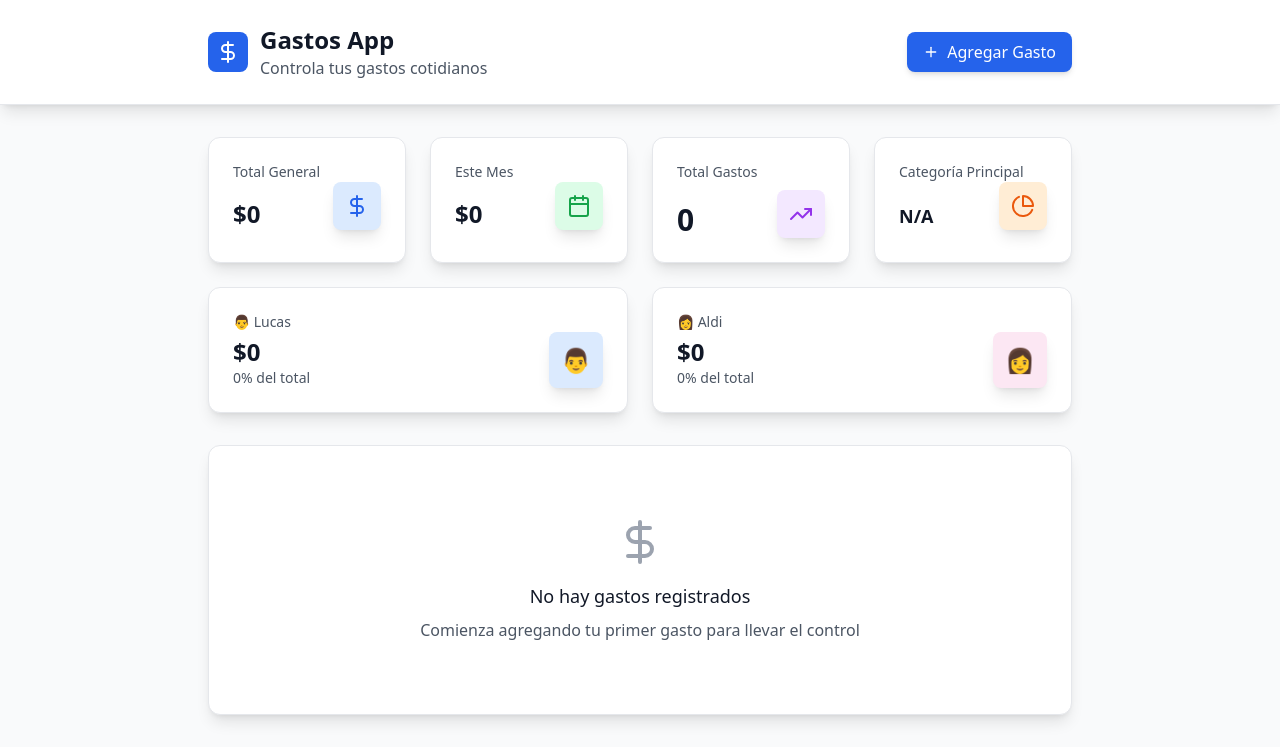
Repository: lucastenaglia/Gastosapp
Page: /
An editor plug-in stored every save of this project. The page is shown before and after the next save, followed by the edit.
The browser window is 1280 px wide. The pictures show the whole page.
The page's requests for data from a server got no answer. The project was rebuilt for these pictures with package versions that can differ from the ones it lists, and the page was loaded fresh each time. No one was signed in, and anything a server would have sent is missing. Also part of the build but not shown: vite.config.js, src/components/ExpenseForm.jsx.

Above is the page before, as saved 2025-08-03 21:39:27.

### index.html
<!DOCTYPE html>
<html lang="es">
  <head>
    <meta charset="UTF-8" />
    <link rel="icon" type="image/svg+xml" href="data:[embedded picture, 125 characters]" />
    <meta name="viewport" content="width=device-width, initial-scale=1.0" />
    <title>Gastos App - Control de Gastos Cotidianos</title>
  </head>
  <body>
    <div id="root"></div>
    <script type="module" src="/src/main.jsx"></script>
  </body>
</html>

### src/App.jsx
import { useState, useEffect } from 'react'
import Header from './components/Header'
import ExpenseForm from './components/ExpenseForm'
import ExpenseList from './components/ExpenseList'
import ExpenseSummary from './components/ExpenseSummary'
import { getExpenses, addExpense, updateExpense, deleteExpense } from './services/expenseService'

function App() {
  const [expenses, setExpenses] = useState([])
  const [isFormOpen, setIsFormOpen] = useState(false)
  const [loading, setLoading] = useState(true)
  const [error, setError] = useState(null)

  // Cargar gastos al iniciar la aplicación
  useEffect(() => {
    loadExpenses()
  }, [])

  // Cerrar modal con Escape
  useEffect(() => {
    const handleEscape = (e) => {
      if (e.key === 'Escape' && isFormOpen) {
        setIsFormOpen(false)
      }
    }

    document.addEventListener('keydown', handleEscape)
    return () => document.removeEventListener('keydown', handleEscape)
  }, [isFormOpen])

  const loadExpenses = async () => {
    try {
      setLoading(true)
      const data = await getExpenses()
      setExpenses(data)
      setError(null)
    } catch (err) {
      setError('Error al cargar los gastos')
      console.error(err)
    } finally {
      setLoading(false)
    }
  }

  const handleAddExpense = async (expense) => {
    try {
      const newExpense = await addExpense(expense)
      setExpenses([newExpense, ...expenses])
      setIsFormOpen(false)
    } catch (err) {
      setError('Error al agregar el gasto')
      console.error(err)
    }
  }

  const handleDeleteExpense = async (id) => {
    try {
      await deleteExpense(id)
      setExpenses(expenses.filter(expense => expense.id !== id))
    } catch (err) {
      setError('Error al eliminar el gasto')
      console.error(err)
    }
  }

  const handleEditExpense = async (id, updatedExpense) => {
    try {
      const updated = await updateExpense(id, updatedExpense)
      setExpenses(expenses.map(expense =>
        expense.id === id ? updated : expense
      ))
    } catch (err) {
      setError('Error al actualizar el gasto')
      console.error(err)
    }
  }

  return (
    <div className="min-h-screen bg-gray-50">
      <Header onAddExpense={() => setIsFormOpen(true)} />

      <main className="container mx-auto px-4 py-8 max-w-4xl">
        {error && (
          <div className="bg-red-100 border border-red-400 text-red-700 px-4 py-3 rounded mb-6">
            {error}
          </div>
        )}

        <ExpenseSummary expenses={expenses} />

        <div className="mt-8">
          <ExpenseList
            expenses={expenses}
            onDelete={handleDeleteExpense}
            onEdit={handleEditExpense}
            loading={loading}
          />
        </div>
      </main>

      {/* Modal Overlay */}
      {isFormOpen && (
        <div
          className="fixed inset-0 bg-black bg-opacity-50 flex items-center justify-center z-50 p-4 animate-in fade-in duration-200"
          onClick={() => setIsFormOpen(false)}
        >
          <div
            className="bg-white rounded-xl shadow-2xl max-w-md w-full mx-4 max-h-[90vh] overflow-y-auto animate-in zoom-in-95 duration-200"
            onClick={(e) => e.stopPropagation()}
          >
            <ExpenseForm
              onSubmit={handleAddExpense}
              onCancel={() => setIsFormOpen(false)}
            />
          </div>
        </div>
      )}
    </div>
  )
}

export default App

### src/index.css
@tailwind base;
@tailwind components;
@tailwind utilities;

@layer base {
  body {
    @apply bg-gray-50 text-gray-900;
  }
}

@layer components {
                .btn-primary {
                @apply bg-primary-600 hover:bg-primary-700 text-white font-medium py-2 px-4 rounded-lg transition-all duration-300 shadow-md hover:shadow-lg hover:-translate-y-0.5 transform;
              }

              .btn-secondary {
                @apply bg-gray-200 hover:bg-gray-300 text-gray-800 font-medium py-2 px-4 rounded-lg transition-all duration-300 shadow-md hover:shadow-lg hover:-translate-y-0.5 transform;
              }

                .input-field {
                @apply w-full px-3 py-2 border border-gray-300 rounded-lg focus:outline-none focus:ring-2 focus:ring-primary-500 focus:border-transparent shadow-sm focus:shadow-md transition-all duration-300;
              }

                            .card {
                @apply bg-white rounded-xl shadow-lg border border-gray-200 p-6 transform transition-all duration-300 hover:shadow-2xl hover:-translate-y-1;
              }

              .modal-enter {
                @apply opacity-0 scale-95;
              }

              .modal-enter-active {
                @apply opacity-100 scale-100 transition-all duration-200 ease-out;
              }

              .modal-exit {
                @apply opacity-100 scale-100;
              }

              .modal-exit-active {
                @apply opacity-0 scale-95 transition-all duration-200 ease-in;
              }
}

### src/components/Header.jsx
import { Plus, DollarSign } from 'lucide-react'

const Header = ({ onAddExpense }) => {
  return (
                    <header className="bg-white shadow-lg border-b border-gray-200">
      <div className="container mx-auto px-4 py-6 max-w-4xl">
        <div className="flex items-center justify-between">
          <div className="flex items-center space-x-3">
            <div className="bg-primary-600 p-2 rounded-lg">
              <DollarSign className="h-6 w-6 text-white" />
            </div>
            <div>
              <h1 className="text-2xl font-bold text-gray-900">Gastos App</h1>
              <p className="text-gray-600">Controla tus gastos cotidianos</p>
            </div>
          </div>

          <button
            onClick={onAddExpense}
            className="btn-primary flex items-center space-x-2"
          >
            <Plus className="h-4 w-4" />
            <span>Agregar Gasto</span>
          </button>
        </div>
      </div>
    </header>
  )
}

export default Header

### src/components/ExpenseList.jsx
import { useState } from 'react'
import { Trash2, Edit, Calendar, DollarSign } from 'lucide-react'

const ExpenseList = ({ expenses, onDelete, onEdit, loading }) => {
  const [editingId, setEditingId] = useState(null)
  const [editForm, setEditForm] = useState({})

  const categoryIcons = {
    comida: '🍽️',
    super: '🛒',
    auto: '🚗',
    entretenimiento: '🎮',
    salud: '💊',
    ropa: '👕',
    hogar: '🏠',
    otros: '📦'
  }

  const categoryColors = {
    comida: 'bg-orange-100 text-orange-800',
    super: 'bg-red-100 text-red-800',
    auto: 'bg-blue-100 text-blue-800',
    entretenimiento: 'bg-purple-100 text-purple-800',
    salud: 'bg-green-100 text-green-800',
    ropa: 'bg-pink-100 text-pink-800',
    hogar: 'bg-yellow-100 text-yellow-800',
    otros: 'bg-gray-100 text-gray-800'
  }

  const handleEdit = (expense) => {
    setEditingId(expense.id)
    setEditForm({
      description: expense.description,
      amount: expense.amount.toString(),
      category: expense.category,
      person: expense.person || 'lucas',
      date: expense.date
    })
  }

  const handleSaveEdit = (id) => {
    onEdit(id, {
      ...editForm,
      amount: parseFloat(editForm.amount)
    })
    setEditingId(null)
    setEditForm({})
  }

  const handleCancelEdit = () => {
    setEditingId(null)
    setEditForm({})
  }

  const formatDate = (dateString) => {
    const date = new Date(dateString)
    return date.toLocaleDateString('es-ES', {
      year: 'numeric',
      month: 'short',
      day: 'numeric'
    })
  }

  if (loading) {
    return (
      <div className="card">
        <div className="text-center py-12">
          <div className="animate-spin rounded-full h-12 w-12 border-b-2 border-primary-600 mx-auto mb-4"></div>
          <h3 className="text-lg font-medium text-gray-900 mb-2">
            Cargando gastos...
          </h3>
          <p className="text-gray-600">
            Conectando con la base de datos
          </p>
        </div>
      </div>
    )
  }

  if (expenses.length === 0) {
    return (
      <div className="card">
        <div className="text-center py-12">
          <DollarSign className="h-12 w-12 text-gray-400 mx-auto mb-4" />
          <h3 className="text-lg font-medium text-gray-900 mb-2">
            No hay gastos registrados
          </h3>
          <p className="text-gray-600">
            Comienza agregando tu primer gasto para llevar el control
          </p>
        </div>
      </div>
    )
  }

  return (
    <div className="card">
      <h2 className="text-xl font-semibold text-gray-900 mb-6">
        Historial de Gastos
      </h2>

      <div className="space-y-3">
        {expenses.map(expense => (
          <div key={expense.id} className="border border-gray-200 rounded-lg p-3 sm:p-4 bg-white shadow-md hover:shadow-xl hover:-translate-y-1 transform transition-all duration-300">
            {editingId === expense.id ? (
              <div className="space-y-3">
                <input
                  type="text"
                  value={editForm.description}
                  onChange={(e) => setEditForm({...editForm, description: e.target.value})}
                  className="input-field"
                />
                <div className="grid grid-cols-1 sm:grid-cols-2 gap-3">
                  <input
                    type="number"
                    value={editForm.amount}
                    onChange={(e) => setEditForm({...editForm, amount: e.target.value})}
                    className="input-field"
                    step="1"
                    min="0"
                  />
                  <select
                    value={editForm.category}
                    onChange={(e) => setEditForm({...editForm, category: e.target.value})}
                    className="input-field"
                  >
                    <option value="comida">🍽️ Comida</option>
                    <option value="super">🛒 Super</option>
                    <option value="auto">🚗 Auto</option>
                    <option value="entretenimiento">🎮 Entretenimiento</option>
                    <option value="salud">💊 Salud</option>
                    <option value="ropa">👕 Ropa</option>
                    <option value="hogar">🏠 Hogar</option>
                    <option value="otros">📦 Otros</option>
                  </select>
                </div>
                <div className="grid grid-cols-1 sm:grid-cols-2 gap-3">
                  <select
                    value={editForm.person}
                    onChange={(e) => setEditForm({...editForm, person: e.target.value})}
                    className="input-field"
                  >
                    <option value="lucas">👨 Lucas</option>
                    <option value="aldi">👩 Aldi</option>
                  </select>
                  <input
                    type="date"
                    value={editForm.date}
                    onChange={(e) => setEditForm({...editForm, date: e.target.value})}
                    className="input-field"
                  />
                </div>
                <div className="flex space-x-2">
                  <button
                    onClick={() => handleSaveEdit(expense.id)}
                    className="btn-primary text-sm flex-1"
                  >
                    Guardar
                  </button>
                  <button
                    onClick={handleCancelEdit}
                    className="btn-secondary text-sm flex-1"
                  >
                    Cancelar
                  </button>
                </div>
              </div>
            ) : (
              <div className="space-y-3">
                {/* Header con icono, descripción y monto */}
                <div className="flex items-start justify-between">
                  <div className="flex items-center space-x-3 flex-1 min-w-0">
                    <div className={`p-2 rounded-lg flex-shrink-0 ${categoryColors[expense.category]}`}>
                      <span className="text-lg">{categoryIcons[expense.category]}</span>
                    </div>

                    <div className="flex-1 min-w-0">
                      <h3 className="font-medium text-gray-900 truncate">
                        {expense.description}
                      </h3>
                      <div className="flex items-center space-x-2 text-sm text-gray-600 mt-1">
                        <span className="flex items-center space-x-1">
                          <Calendar className="h-3 w-3" />
                          <span className="hidden sm:inline">{formatDate(expense.date)}</span>
                          <span className="sm:hidden">{new Date(expense.date).toLocaleDateString('es-ES', { day: '2-digit', month: '2-digit' })}</span>
                        </span>
                        <span className="hidden sm:inline">•</span>
                        <span className="capitalize text-xs sm:text-sm">{expense.category}</span>
                      </div>
                    </div>
                  </div>

                  <div className="flex items-center space-x-2 flex-shrink-0">
                    <span className="text-lg font-semibold text-gray-900">
                      ${expense.amount}
                    </span>

                    <div className="flex space-x-1">
                      <button
                        onClick={() => handleEdit(expense)}
                        className="p-1 text-gray-400 hover:text-blue-600 transition-colors"
                        title="Editar"
                      >
                        <Edit className="h-4 w-4" />
                      </button>
                      <button
                        onClick={() => onDelete(expense.id)}
                        className="p-1 text-gray-400 hover:text-red-600 transition-colors"
                        title="Eliminar"
                      >
                        <Trash2 className="h-4 w-4" />
                      </button>
                    </div>
                  </div>
                </div>

                {/* Información adicional en móvil */}
                <div className="sm:hidden flex items-center justify-between text-sm text-gray-600 border-t pt-2">
                  <span className="flex items-center space-x-1">
                    <span>{expense.person === 'lucas' ? '👨' : '👩'}</span>
                    <span className="capitalize">{expense.person || 'lucas'}</span>
                  </span>
                  <span className="text-xs">
                    {new Date(expense.date).toLocaleDateString('es-ES', { year: 'numeric' })}
                  </span>
                </div>
              </div>
            )}
          </div>
        ))}
      </div>
    </div>
  )
}

export default ExpenseList

### src/components/ExpenseSummary.jsx
import { TrendingUp, Calendar, DollarSign, PieChart } from 'lucide-react'

const ExpenseSummary = ({ expenses }) => {
  const totalExpenses = expenses.reduce((sum, expense) => sum + expense.amount, 0)

  const today = new Date()
  const thisMonth = today.getMonth()
  const thisYear = today.getFullYear()

  const monthlyExpenses = expenses.filter(expense => {
    const expenseDate = new Date(expense.date)
    return expenseDate.getMonth() === thisMonth && expenseDate.getFullYear() === thisYear
  })

  const monthlyTotal = monthlyExpenses.reduce((sum, expense) => sum + expense.amount, 0)

  const categoryTotals = expenses.reduce((acc, expense) => {
    acc[expense.category] = (acc[expense.category] || 0) + expense.amount
    return acc
  }, {})

  const topCategory = Object.entries(categoryTotals).sort(([,a], [,b]) => b - a)[0]

  // Estadísticas por persona
  const personTotals = expenses.reduce((acc, expense) => {
    const person = expense.person || 'lucas'
    acc[person] = (acc[person] || 0) + expense.amount
    return acc
  }, {})

  const lucasTotal = personTotals.lucas || 0
  const aldiTotal = personTotals.aldi || 0

  const formatCurrency = (amount) => {
    return `$${Math.round(amount).toLocaleString('en-US')}`
  }

  return (
    <div className="space-y-4 sm:space-y-6">
      {/* Primera fila - Estadísticas generales */}
      <div className="grid grid-cols-2 lg:grid-cols-4 gap-3 sm:gap-6">
                 {/* Total General */}
         <div className="card relative p-4 sm:p-6">
           <div>
             <p className="text-xs sm:text-sm font-medium text-gray-600">Total General</p>
             <div className="flex items-end justify-between">
               <p className="text-lg sm:text-2xl font-bold text-gray-900">
                 {formatCurrency(totalExpenses)}
               </p>
               <div className="bg-blue-100 p-2 sm:p-3 rounded-lg shadow-lg">
                 <DollarSign className="h-4 w-4 sm:h-6 sm:w-6 text-blue-600" />
               </div>
             </div>
           </div>
         </div>

                 {/* Gastos del Mes */}
         <div className="card relative p-4 sm:p-6">
           <div>
             <p className="text-xs sm:text-sm font-medium text-gray-600">Este Mes</p>
             <div className="flex items-end justify-between">
               <p className="text-lg sm:text-2xl font-bold text-gray-900">
                 {formatCurrency(monthlyTotal)}
               </p>
               <div className="bg-green-100 p-2 sm:p-3 rounded-lg shadow-lg">
                 <Calendar className="h-4 w-4 sm:h-6 sm:w-6 text-green-600" />
               </div>
             </div>
           </div>
         </div>

                 {/* Total de Gastos */}
         <div className="card relative p-4 sm:p-6">
           <div>
             <p className="text-xs sm:text-sm font-medium text-gray-600">Total Gastos</p>
             <div className="flex items-end justify-between mt-2">
               <p className="text-2xl sm:text-3xl font-bold text-gray-900">
                 {expenses.length}
               </p>
               <div className="bg-purple-100 p-2 sm:p-3 rounded-lg shadow-lg self-end">
                 <TrendingUp className="h-4 w-4 sm:h-6 sm:w-6 text-purple-600" />
               </div>
             </div>
           </div>
         </div>

                 {/* Categoría Principal */}
         <div className="card relative p-4 sm:p-6">
           <div>
             <p className="text-xs sm:text-sm font-medium text-gray-600">Categoría Principal</p>
             <div className="flex items-end justify-between">
               <div>
                 <p className="text-base sm:text-lg font-semibold text-gray-900 capitalize">
                   {topCategory ? topCategory[0] : 'N/A'}
                 </p>
                 {topCategory && (
                   <p className="text-xs sm:text-sm text-gray-600">
                     {formatCurrency(topCategory[1])}
                   </p>
                 )}
               </div>
               <div className="bg-orange-100 p-2 sm:p-3 rounded-lg shadow-lg">
                 <PieChart className="h-4 w-4 sm:h-6 sm:w-6 text-orange-600" />
               </div>
             </div>
           </div>
         </div>
      </div>

      {/* Segunda fila - Estadísticas por persona */}
      <div className="grid grid-cols-1 sm:grid-cols-2 gap-3 sm:gap-6">
                 {/* Gastos de Lucas */}
         <div className="card relative p-4 sm:p-6">
           <div>
             <p className="text-xs sm:text-sm font-medium text-gray-600">👨 Lucas</p>
             <div className="flex items-end justify-between">
               <div>
                 <p className="text-lg sm:text-2xl font-bold text-gray-900">
                   {formatCurrency(lucasTotal)}
                 </p>
                 <p className="text-xs sm:text-sm text-gray-600">
                   {totalExpenses > 0 ? `${((lucasTotal / totalExpenses) * 100).toFixed(1)}%` : '0%'} del total
                 </p>
               </div>
               <div className="bg-blue-100 p-2 sm:p-3 rounded-lg shadow-lg">
                 <span className="text-lg sm:text-2xl">👨</span>
               </div>
             </div>
           </div>
         </div>

                 {/* Gastos de Aldi */}
         <div className="card relative p-4 sm:p-6">
           <div>
             <p className="text-xs sm:text-sm font-medium text-gray-600">👩 Aldi</p>
             <div className="flex items-end justify-between">
               <div>
                 <p className="text-lg sm:text-2xl font-bold text-gray-900">
                   {formatCurrency(aldiTotal)}
                 </p>
                 <p className="text-xs sm:text-sm text-gray-600">
                   {totalExpenses > 0 ? `${((aldiTotal / totalExpenses) * 100).toFixed(1)}%` : '0%'} del total
                 </p>
               </div>
               <div className="bg-pink-100 p-2 sm:p-3 rounded-lg shadow-lg">
                 <span className="text-lg sm:text-2xl">👩</span>
               </div>
             </div>
           </div>
         </div>
      </div>
    </div>
  )
}

export default ExpenseSummary

### src/lib/supabase.js
import { createClient } from '@supabase/supabase-js'

// Configuración de Supabase
const supabaseUrl = 'https://tiarifmkqcayodakifqu.supabase.co'
const supabaseAnonKey = 'eyJhbGciOiJIUzI1NiIsInR5cCI6IkpXVCJ9.eyJpc3MiOiJzdXBhYmFzZSIsInJlZiI6InRpYXJpZm1rcWNheW9kYWtpZnF1Iiwicm9sZSI6ImFub24iLCJpYXQiOjE3NTQyMzYxMzcsImV4cCI6MjA2OTgxMjEzN30.qJr6Xvo0UF5_XPq4UWidASjwgjcWPFJ8CqR6mAHSsTU'

export const supabase = createClient(supabaseUrl, supabaseAnonKey)

### tailwind.config.js
/** @type {import('tailwindcss').Config} */
export default {
  content: [
    "./index.html",
    "./src/**/*.{js,ts,jsx,tsx}",
  ],
  theme: {
    extend: {
      colors: {
        primary: {
          50: '#eff6ff',
          500: '#3b82f6',
          600: '#2563eb',
          700: '#1d4ed8',
        }
      }
    },
  },
  plugins: [],
}

Loaded but not shown: src/main.jsx (common file); src/services/expenseService.js (78 lines, source omitted)

After the next save:
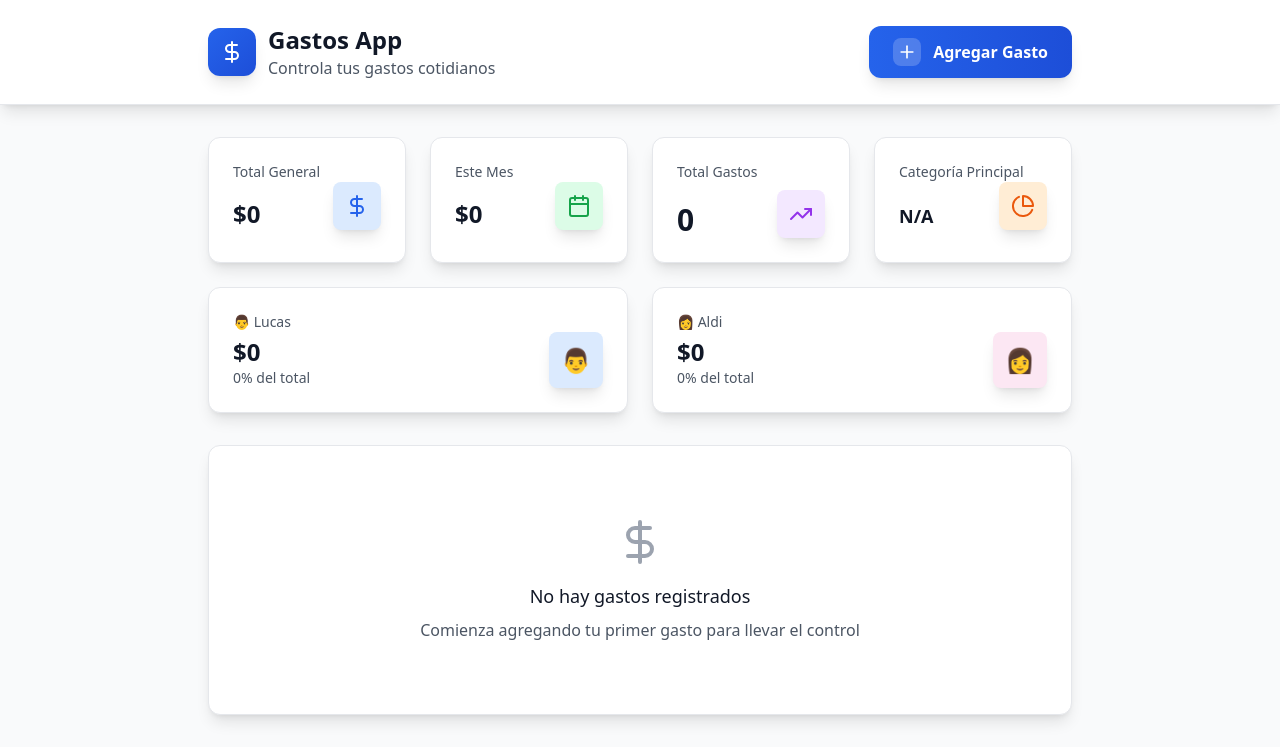
Saved 66 s later.
--- a/src/components/Header.jsx
+++ b/src/components/Header.jsx
@@ -2,11 +2,11 @@ import { Plus, DollarSign } from 'lucide-react'
 
 const Header = ({ onAddExpense }) => {
   return (
-                    <header className="bg-white shadow-lg border-b border-gray-200">
+    <header className="bg-white shadow-lg border-b border-gray-200">
       <div className="container mx-auto px-4 py-6 max-w-4xl">
         <div className="flex items-center justify-between">
           <div className="flex items-center space-x-3">
-            <div className="bg-primary-600 p-2 rounded-lg">
+            <div className="bg-gradient-to-br from-primary-600 to-primary-700 p-3 rounded-xl shadow-lg">
               <DollarSign className="h-6 w-6 text-white" />
             </div>
             <div>
@@ -17,10 +17,12 @@ const Header = ({ onAddExpense }) => {
 
           <button
             onClick={onAddExpense}
-            className="btn-primary flex items-center space-x-2"
+            className="bg-gradient-to-r from-primary-600 to-primary-700 hover:from-primary-700 hover:to-primary-800 text-white font-semibold py-3 px-6 rounded-xl shadow-lg hover:shadow-xl transform hover:-translate-y-0.5 transition-all duration-300 flex items-center space-x-3 border-0 focus:outline-none focus:ring-4 focus:ring-primary-300"
           >
-            <Plus className="h-4 w-4" />
-            <span>Agregar Gasto</span>
+            <div className="bg-white bg-opacity-20 p-1 rounded-lg">
+              <Plus className="h-5 w-5" />
+            </div>
+            <span className="text-sm sm:text-base">Agregar Gasto</span>
           </button>
         </div>
       </div>
